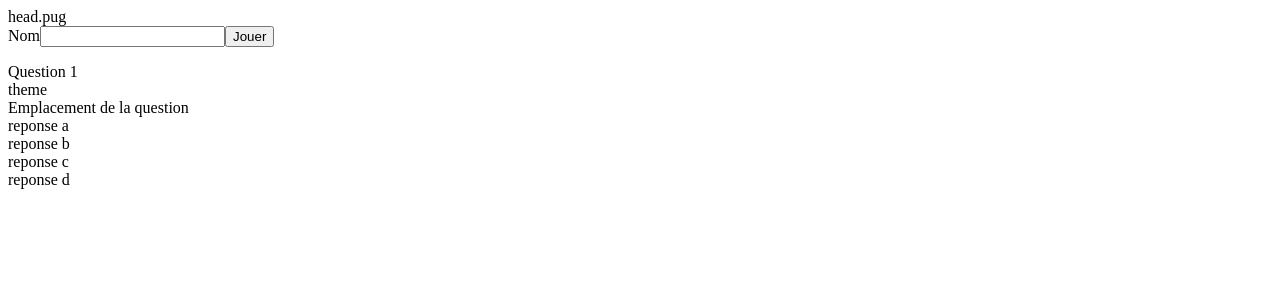
Repository: Serge-D/jeu_mj
Page: views/jeu.pug
These files come from the project's save history. The page is drawn as it stood at one moment and after a run of saves; the edit follows.
The browser window is 1280 px wide. The pictures show the whole page.
The page is served by the project's Node server (server.js). The template is opened directly, without the code that normally fills it, so the values that code supplies are empty.

Above is the page before, as saved 2020-02-06 12:13:29.

### views/jeu.pug
includes head.pug

section
  #formulaire
    form(action='' method='post')
      label(for='name') Nom
      input#nameJ1(type='text' name='name')
      input(type='submit' value='Jouer')
  #fenetreDeJeu
    #numQuestion Question 1
    #theme theme
    #question Emplacement de la question
    #reponseA reponse a
    #reponseB reponse b
    #reponseC reponse c
    #reponseD reponse d
    #anecdote

### server.js
"use strict";

const express = require("express");
const session = require("express-session");
const cookieParser = require("cookie-parser");
const MongoClient = require("mongodb").MongoClient;
const app = express();

app.set("view engine", "pug");
app.set("views", `${__dirname}/src`);










app.listen(8080, function(){
    console.log("Serveur Démarré");
});

After the next 2 saves:
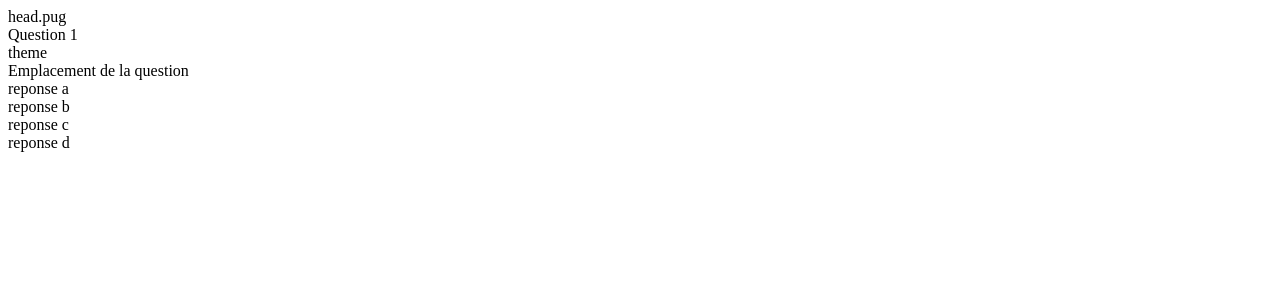
The 2 saves are shown as one change because they came seconds apart.
The last was saved 36 s later.
--- a/views/jeu.pug
+++ b/views/jeu.pug
@@ -1,11 +1,6 @@
 includes head.pug
 
 section
-  #formulaire
-    form(action='' method='post')
-      label(for='name') Nom
-      input#nameJ1(type='text' name='name')
-      input(type='submit' value='Jouer')
   #fenetreDeJeu
     #numQuestion Question 1
     #theme theme
